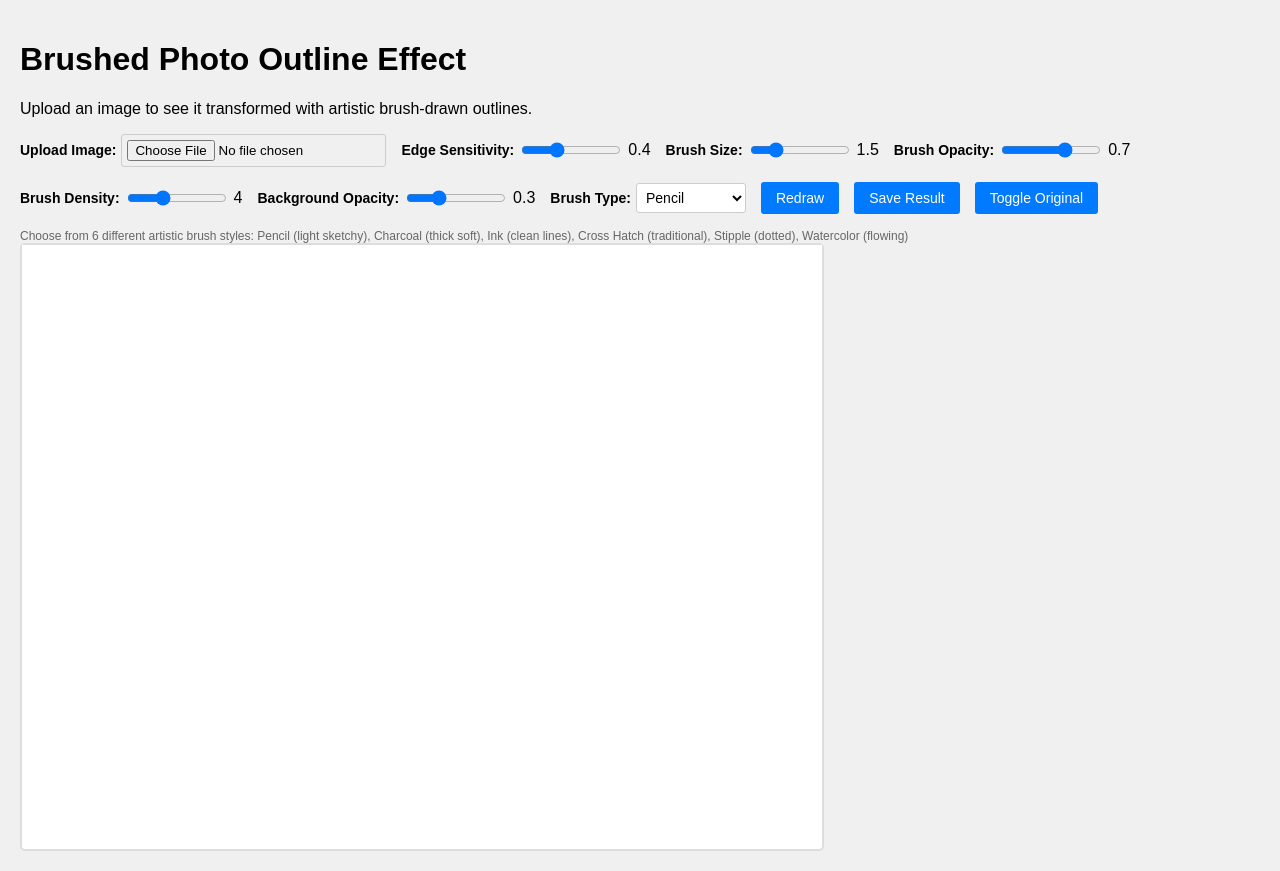
Repository: fakebrianho/ok_color
Page: index.html
An editor plug-in stored every save of this project. The page is shown before and after the next save, followed by the edit.
The browser window is 1280 px wide. The pictures show the whole page.

Above is the page before, as saved 2025-08-12 22:40:07.

After the next save:
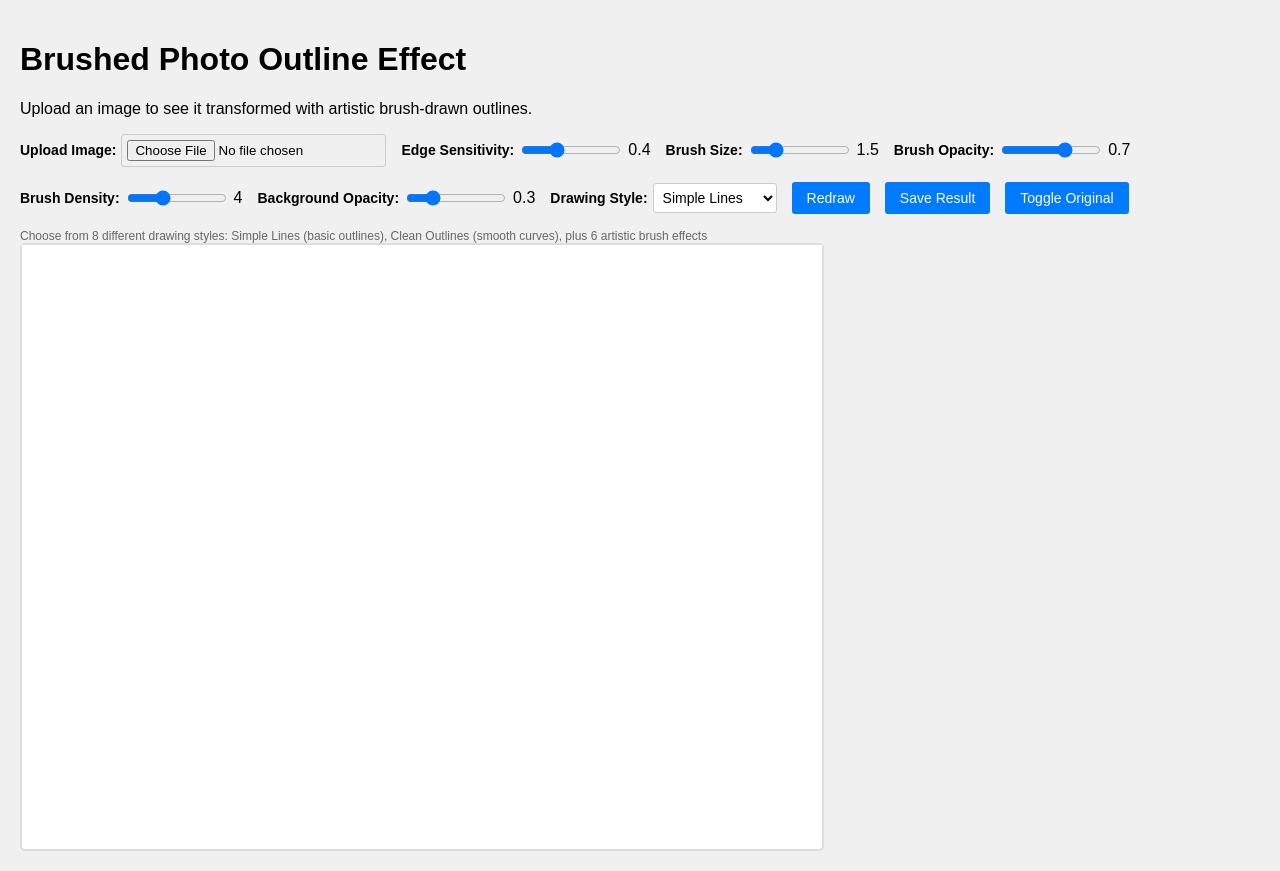
Saved 11 h 36 min later.
--- a/index.html
+++ b/index.html
@@ -111,12 +111,14 @@
     </div>
     <div class="control-group">
       <label for="bgOpacity">Background Opacity:</label>
-      <input type="range" id="bgOpacity" min="0.0" max="1.0" step="0.05" value="0.3">
+      <input type="range" id="bgOpacity" min="0.1" max="1.0" step="0.05" value="0.3">
       <span id="bgOpacityValue">0.3</span>
     </div>
     <div class="control-group">
-      <label for="brushType">Brush Type:</label>
+      <label for="brushType">Drawing Style:</label>
       <select id="brushType">
+        <option value="simple">Simple Lines</option>
+        <option value="clean">Clean Outlines</option>
         <option value="pencil">Pencil</option>
         <option value="charcoal">Charcoal</option>
         <option value="ink">Ink Pen</option>
@@ -131,8 +133,8 @@
   </div>
 
   <div class="brush-info">
-    Choose from 6 different artistic brush styles: Pencil (light sketchy), Charcoal (thick soft), Ink (clean lines),
-    Cross Hatch (traditional), Stipple (dotted), Watercolor (flowing)
+    Choose from 8 different drawing styles: Simple Lines (basic outlines), Clean Outlines (smooth curves), plus 6
+    artistic brush effects
   </div>
 
   <div id="sketch-container"></div>
@@ -146,7 +148,7 @@
     let brushOpacity = 0.7;
     let density = 4;
     let bgOpacity = 0.3;
-    let brushType = 'pencil';
+    let brushType = 'simple';
     let showOriginal = false;
     let imageLoaded = false;
     let isDrawing = false;
@@ -346,6 +348,12 @@
       if (strokePoints.length < 2) return;
 
       switch (brushType) {
+        case 'simple':
+          drawSimpleStroke(strokePoints);
+          break;
+        case 'clean':
+          drawCleanStroke(strokePoints);
+          break;
         case 'pencil':
           drawPencilStroke(strokePoints);
           break;
@@ -365,6 +373,43 @@
           drawWatercolorStroke(strokePoints);
           break;
       }
+    }
+
+    function drawSimpleStroke(strokePoints) {
+      // Basic single-pixel outlines - no brush effects
+      for (let i = 0; i < strokePoints.length; i++) {
+        let point = strokePoints[i];
+
+        brushLayer.stroke(0, 0, 0, brushOpacity * 255);
+        brushLayer.strokeWeight(brushSize);
+        brushLayer.strokeCap(ROUND);
+
+        // Just draw a simple point or very short line
+        brushLayer.point(point.x, point.y);
+      }
+    }
+
+    function drawCleanStroke(strokePoints) {
+      // Smooth connected lines without texture
+      if (strokePoints.length < 2) return;
+
+      brushLayer.stroke(0, 0, 0, brushOpacity * 255);
+      brushLayer.strokeWeight(brushSize);
+      brushLayer.strokeCap(ROUND);
+      brushLayer.strokeJoin(ROUND);
+      brushLayer.noFill();
+
+      // Connect points with smooth curves
+      brushLayer.beginShape();
+      for (let i = 0; i < strokePoints.length; i++) {
+        let point = strokePoints[i];
+        if (i === 0) {
+          brushLayer.vertex(point.x, point.y);
+        } else {
+          brushLayer.curveVertex(point.x, point.y);
+        }
+      }
+      brushLayer.endShape();
     }
 
     function drawPencilStroke(strokePoints) {
